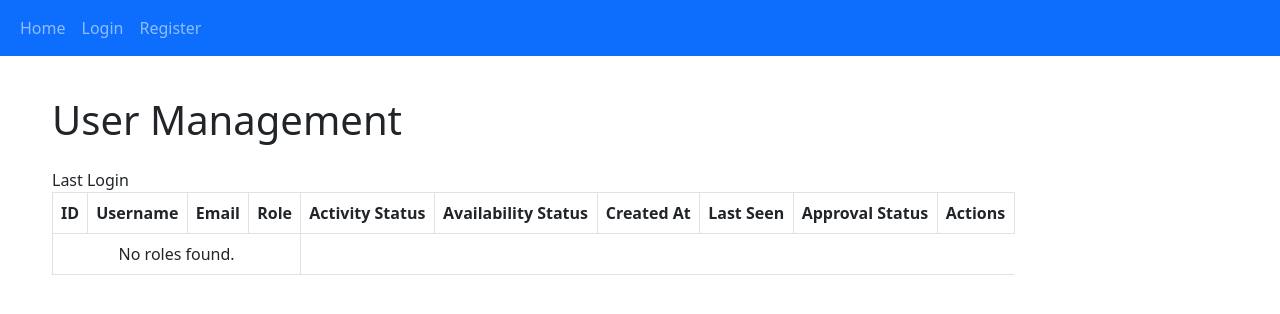
Repository: Matsikembareb/myPowervision
Page: http://localhost/users
An editor plug-in stored every save of this project. The page is shown before and after the next save, followed by the edit.
The browser window is 1280 px wide. The pictures show the whole page.
The page is served by the project's application, run on Flask 3 (01prototype/myPowervision/__init__.py).

Above is the page before, as saved 2025-09-26 15:36:06.

After the next save:
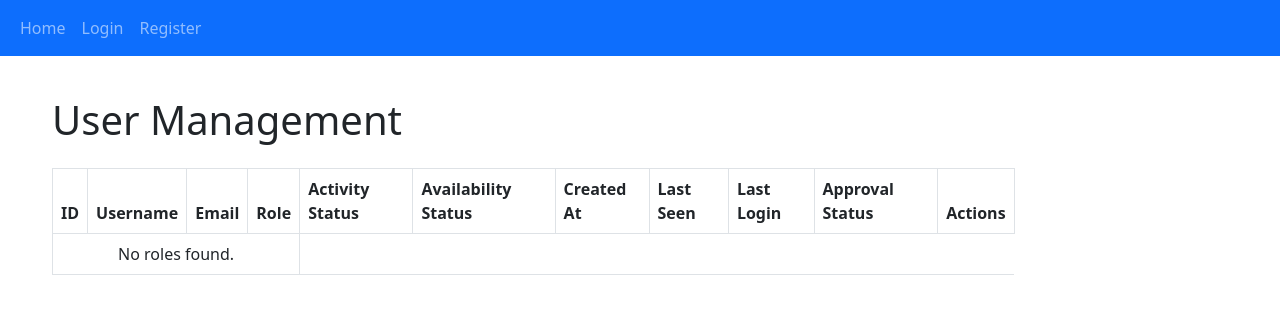
Saved 7 s later.
--- a/01prototype/myPowervision/templates/user_management/users.html
+++ b/01prototype/myPowervision/templates/user_management/users.html
@@ -15,7 +15,7 @@
           <th>Availability Status</th>
           <th>Created At</th>
           <th>Last Seen</th>
-          Last Login</th>
+          <th>Last Login</th>
           <th>Approval Status</th>
           <th>Actions</th>
         </tr>
